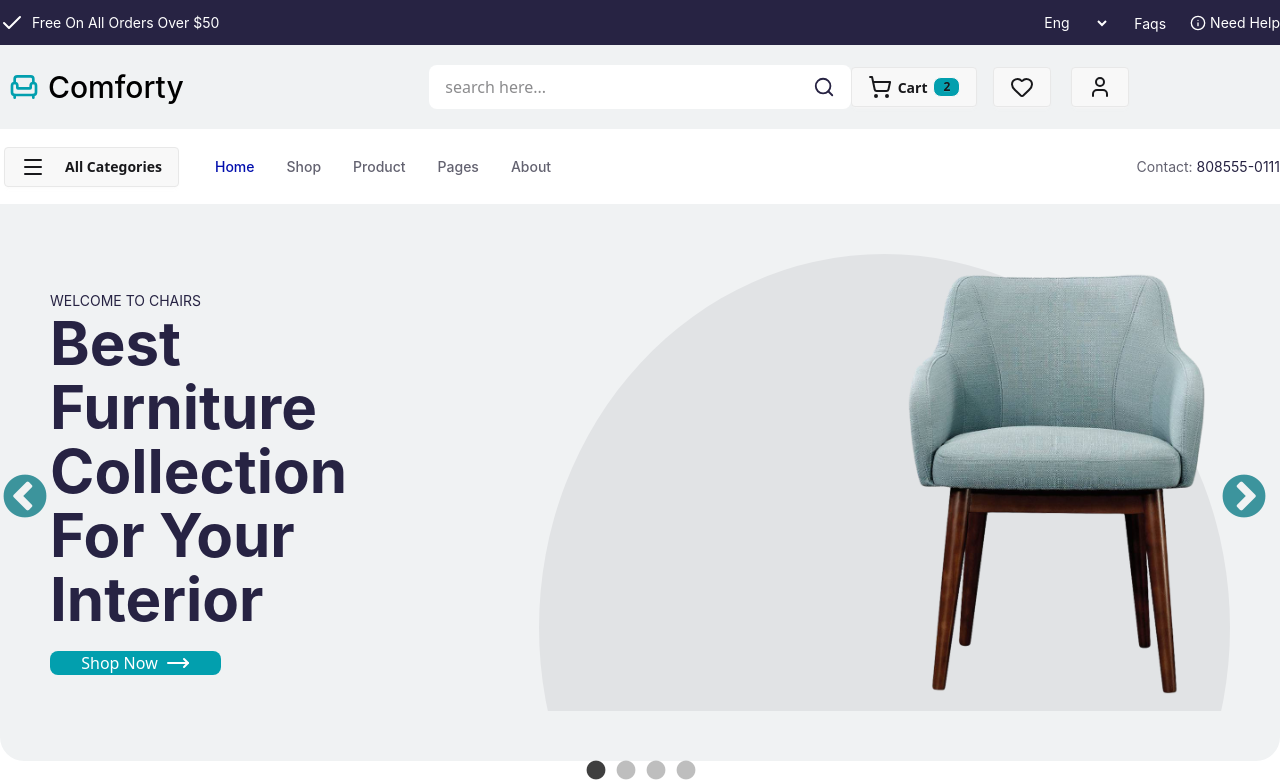
Repository: Neda0o0/store-template-website
Page: /
An editor plug-in stored every save of this project. The page is shown before and after a run of saves, followed by the edit.
The browser window is 1280 px wide. The pictures show the whole page.
The project was rebuilt for these pictures with package versions that can differ from the ones it lists, and the page was loaded fresh each time. Also part of the build but not shown: vite.config.js, src/Pages/Auth/Auth.jsx, src/Pages/Auth/Login/Login.jsx, src/Pages/Auth/Register/Register.jsx, src/Pages/Error/Error.jsx, src/AuthCheck/AuthCheck.jsx.

Above is the page before, as saved 2025-10-23 12:16:21.

### index.html
<!DOCTYPE html>
<html lang="en">
  <head>
    <meta charset="UTF-8" />
    <link rel="icon" type="image/svg+xml" href="/vite.svg" />
    <meta name="viewport" content="width=device-width, initial-scale=1.0" />
    <title>new-project</title>
  </head>
  <body>
    <div id="root"></div>
    <script type="module" src="/src/main.jsx"></script>
  </body>
</html>

### src/main.jsx
import { StrictMode } from "react";
import { createRoot } from "react-dom/client";
import MainLayout from "./MainLayout/MainLayout";
import "./index.css";

createRoot(document.getElementById("root")).render(
  <StrictMode>
    <MainLayout />
  </StrictMode>
);

### src/MainLayout/MainLayout.jsx
import { BrowserRouter, Route, Routes } from "react-router";
import Navbar from "../components/Navbar/Navbar";
import Home from "../Pages/Home/Home";
import Auth from "../Pages/Auth/Auth";
import Login from "../Pages/Auth/Login/Login";
import Register from "../Pages/Auth/Register/Register";
import Error from "../Pages/Error/Error";
import AuthCheck from "../AuthCheck/AuthCheck";

const MainLayout = () => {
  return (
    <BrowserRouter>
      {/* Navbar */}
      <Navbar />
      <Routes>
        <Route
          path="/"
          element={
            <AuthCheck>
              <Home />
            </AuthCheck>
          }
        />
        <Route path="auth" element={<Auth />}>
          <Route path="login" element={<Login />} />
          <Route path="register" element={<Register />} />
        </Route>
        {/* not found routes */}
        <Route path="*" element={<Error />} />
      </Routes>
    </BrowserRouter>
  );
};
export default MainLayout;

### src/index.css
@import "tailwindcss";
@plugin "daisyui";

/* google font inter */
@import url("https://fonts.googleapis.com/css2?family=Inter:ital,opsz,wght@0,14..32,100..900;1,14..32,100..900&display=swap");

@theme {
  --font-inter: "Inter", sans-serif;
}

.banner_slide_item {
  display: flex !important;
  justify-content: space-between;
  align-items: center;
  gap: 7.5rem;
}

.banner_image {
  position: relative;
}
.banner_image::before {
  content: "";
  position: absolute;
  top: 0;
  right: 0;
  max-width: 747px;
  width: 100%;
  min-height: 747px;
  height: 100%;
  background-color: #e1e3e5;
  border-radius: 100%;
  z-index: -1;
}
.slick-prev,
.slick-next {
  z-index: 5 !important;
}
.slick-prev {
  left: -40px;
}
.slick-next {
  right: 1px;
}
.slick-list {
  margin: 10px;
}
.slick-prev:before,
.slick-next:before {
  font-family: "slick";
  font-size: 50px !important;
  line-height: 1;
  opacity: 0.75;
  color: #007580 !important;
  -webkit-font-smoothing: antialiased;
  -moz-osx-font-smoothing: grayscale;
}
.slick-dots {
  position: absolute;
  bottom: -70px !important;
  display: block;
  width: 100%;
  padding: 0;
  margin: 0;
  list-style: none;
  text-align: center;
}
.slick-dots li button:before {
  font-family: "slick";
  font-size: 22px !important;
  line-height: 20px;
  position: absolute;
  top: 0;
  left: 0;
  width: 20px;
  height: 20px;
  text-align: center;
  opacity: 0.25;
  color: black;
  -webkit-font-smoothing: antialiased;
  -moz-osx-font-smoothing: grayscale;
}

### src/components/Navbar/Navbar.jsx
import {
  Armchair,
  Check,
  Info,
  Search,
  ShoppingCart,
  Heart,
  User,
  Menu,
} from "lucide-react";
import { Link, NavLink } from "react-router-dom";

const Navbar = () => {
  return (
    <div>
      {/* navbar top */}
      <div className="navbar_top flex items-center justify-center bg-[#272343] w-full h-[45px]">
        <div className="lg:container flex justify-between items-center">
          <p className="flex items-center gap-2 text-sm font-inter font-normal text-white capitalize">
            <Check />
            Free on all orders over $50
          </p>
          <div className="navbar_top_right flex items-center gap-6">
            <select
              defaultValue="Server location"
              className=" bg-none h-[30px] w-[70px] text-sm font-inter font-normal capitalize text-white"
            >
              <option>Eng</option>
              <option>Farsi</option>
            </select>
            <button>
              <Link className="text-sm text-white font-inter font-normal capitalize ">
                Faqs
              </Link>
            </button>
            <button>
              <Link className="flex items-center gap-1 text-sm  text-white font-inter font-normal capitalize">
                <Info size={16} />
                Need help
              </Link>
            </button>
          </div>
        </div>
      </div>
      {/* navbar middle */}
      <div className="navbar middle flex items-center justify-center bg-[#f0f2f3] w-full h-[84px]">
        <div className="lg:container grid grid-cols-3 items-center">
          <div className="logo_wrapper">
            <Link
              to="/"
              className="text-3xl text-black font-inter font-medium capitalize flex items-center gap-2"
            >
              <Armchair size="2rem" color="#029fae" /> Comforty
            </Link>
          </div>
          <div className="search_box">
            <form action="#" className="max-w-[443px] h-[44px] relative">
              <input
                type="text"
                placeholder="search here..."
                className=" max-w-[443px] w-full h-full bg-white rounded-lg pl-4 "
              />
              <button className="absolute to-50% right-4 translate-y-1/2">
                <Search size="22px" color="#272343" />
              </button>
            </form>
          </div>
          {/* navbar middle right */}
          <div className="navbar_middle_right flex items-center gap-4">
            <button className="btn capitalize">
              <ShoppingCart /> cart
              <div className="badge badge-sm bg-[#029fae]">2</div>
            </button>
            <button className="btn capitalize">
              <Heart />
            </button>

            <div className="dropdown">
              <div tabIndex={0} role="button" className="btn m-1">
                <User />
              </div>
              <ul
                tabIndex="-1"
                className="dropdown-content menu bg-base-100 rounded-box z-1 w-52 p-2 shadow-sm"
              >
                <li>
                  <Link>Account</Link>
                </li>
                <li>
                  <Link>Logout</Link>
                </li>
              </ul>
            </div>
          </div>
        </div>
      </div>

      {/* navbar bottom */}
      <div className="navbar_bottom flex items-center justify-center w-full h-[75px] bg-white border-[#ele3e5]">
        <div className="lg:container flex items-center justify-between">
          <div className="navbar_bottom_left flex items-center gap-8">
            <div className="dropdown dropdown-start">
              <div
                tabIndex={0}
                role="button"
                className="btn m-1 flex items-center gap-5 capitalize"
              >
                <Menu /> all categories
              </div>
              <ul
                tabIndex="-1"
                className="dropdown-content menu bg-base-100 rounded-box z-1 w-52 p-2 shadow-sm"
              >
                <li>
                  <a>Chair</a>
                </li>
                <li>
                  <a>Pant</a>
                </li>
                <li>
                  <a>Shirt</a>
                </li>
                <li>
                  <a>T-shirt</a>
                </li>
              </ul>
            </div>
            <nav className="flex items-center gap-8">
              <NavLink
                to="/"
                className="text-sm text-[#020fae] font-inter font-medium capitalize"
              >
                Home
              </NavLink>
              <NavLink className="text-sm text-[#636270] font-inter font-medium capitalize">
                shop
              </NavLink>
              <NavLink className="text-sm text-[#636270] font-inter font-medium capitalize">
                product
              </NavLink>
              <NavLink className="text-sm text-[#636270] font-inter font-medium capitalize">
                pages
              </NavLink>
              <NavLink className="text-sm text-[#636270] font-inter font-medium capitalize">
                about
              </NavLink>
            </nav>
          </div>

          <div className="navbar_bottom_right">
            <p className="text-sm text-[#636270] font-inter font-normal capitalize">
              contact: <span className="text-[#272343]">{808}555-0111</span>
            </p>
          </div>
        </div>
      </div>
    </div>
  );
};
export default Navbar;

### src/Pages/Home/Home.jsx
import Banner from "../../components/Banner/Banner";
import Delivery from "../../components/Delivery/Delivery";
const Home = () => {
  return (
    <div>
      {/* banner component */}
      <div className="w-full rounded-b-3xl bg-[#f0f2f3] min-h-[85px] flex items-center justify-center ">
        <Banner></Banner>
      </div>
      {/* delivery component */}
      <div className="w-full min-h[#150px] shadow-md bg-white ">
        <Delivery></Delivery>
      </div>
    </div>
  );
};
export default Home;

### src/components/Banner/Banner.jsx
import "slick-carousel/slick/slick.css";
import "slick-carousel/slick/slick-theme.css";
import Slider from "react-slick";
import { MoveRight } from "lucide-react";

const Banner = () => {
  const products = [
    {
      id: 1,
      title: "Best Furniture collection for your interior ",
      subTitle: "welcome to chairs",
      image: "/src/assets/Banner/banner_image.png",
    },
    {
      id: 2,
      title: "Best Furniture collection for your interior ",
      subTitle: "welcome to chairs",
      image: "/src/assets/Banner/banner_image.png",
    },
    {
      id: 3,
      title: "Best Furniture collection for your interior ",
      subTitle: "welcome to chairs",
      image: "/src/assets/Banner/banner_image.png",
    },
    {
      id: 4,
      title: "Best Furniture collection for your interior ",
      subTitle: "welcome to chairs",
      image: "/src/assets/Banner/banner_image.png",
    },
  ];
  const settings = {
    dots: true,
    infinite: true,
    speed: 500,
    slidesToShow: 1,
    slidesToScroll: 1,
  };
  return (
    <div className="lg:container w-full p-10">
      <div className="slider-container w-full h-full">
        <Slider {...settings}>
          {products?.map((product) => (
            <div key={product?.id} className="banner_slide_item">
              {/* banner text */}
              <div className="banner_text">
                <p className="text-sm font-inter font-normal text-[#272343] uppercase">
                  {product?.subTitle}
                </p>
                <h3 className="text-6xl text-[#272343] font-inter capitalize leading-16 max-w-[631px] w-full font-bold mb-5">
                  {product?.title}
                </h3>
                <button className="max-w-[171px] w-full flex items-center justify-center gap-2 h-[52] bg-[#029fae] rounded-lg cursor-pointer text-white capitalize">
                  shop now <MoveRight />
                </button>
              </div>

              {/* banner image */}
              <div className="banner_image w-full h-full flex items-center justify-end">
                <img
                  className="w-[50%]"
                  src={product?.image}
                  alt={product?.title}
                />
              </div>
            </div>
          ))}
        </Slider>
      </div>
    </div>
  );
};
export default Banner;

### src/components/Delivery/Delivery.jsx
const Delivery = () => {
  return;
};
export default Delivery;

After the next 2 saves:
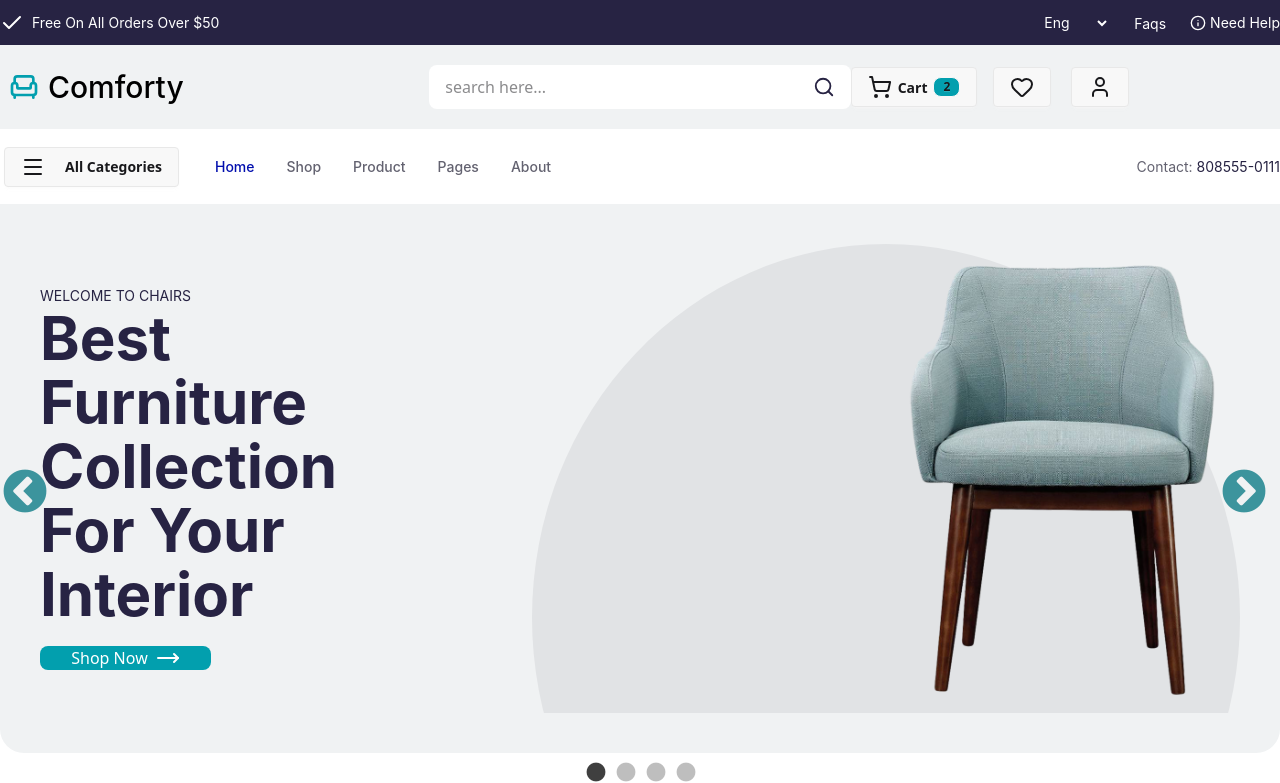
The 2 saves are shown as one change because they came seconds apart.
The last was saved 117 s later.
--- a/src/index.css
+++ b/src/index.css
@@ -41,9 +41,6 @@
 .slick-next {
   right: 1px;
 }
-.slick-list {
-  margin: 10px;
-}
 .slick-prev:before,
 .slick-next:before {
   font-family: "slick";
